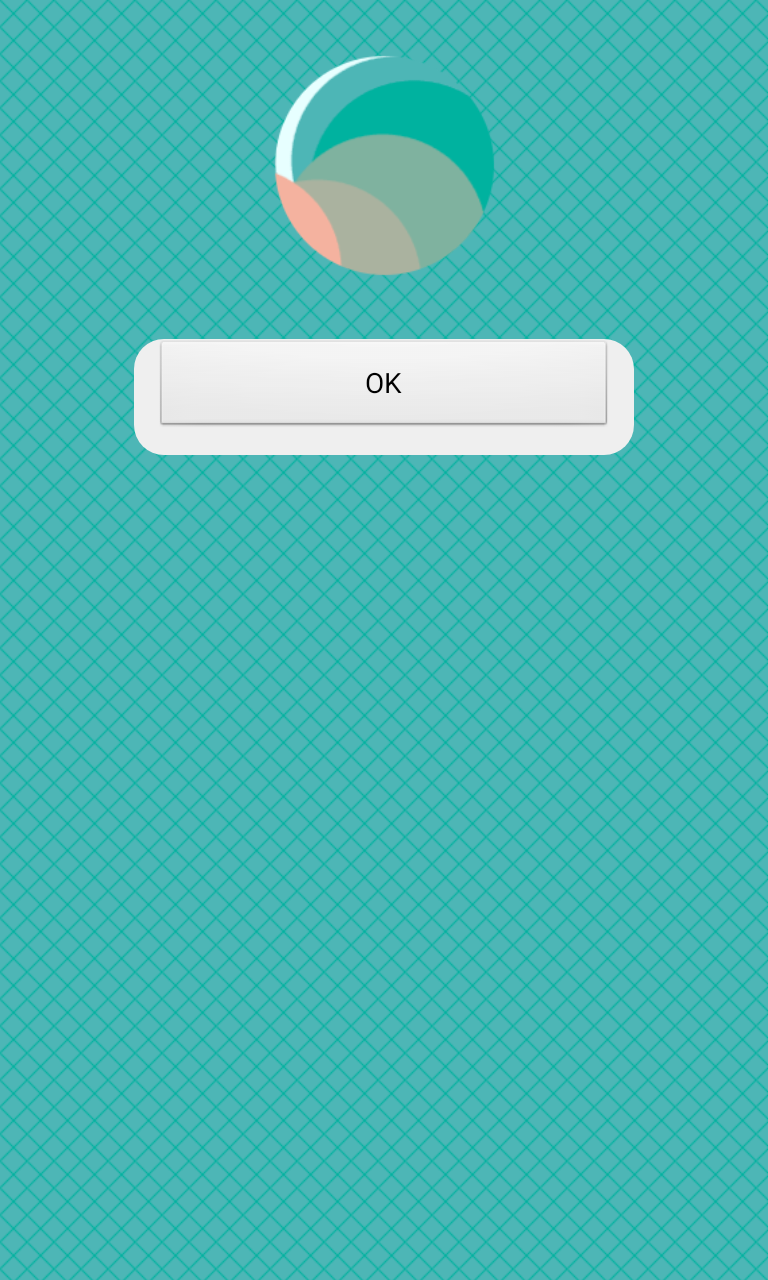
Repository: ppamorim/Coderock-X
Layout: workspace-Android/teste1/res/layout/activity_login.xml
The author's editor kept a copy of each file at every save. The layout is drawn from the files as they stood at one save, then again after the next save.
It is drawn on a 768 x 1280 px phone screen (xhdpi) without system bars, with theme android:Theme.NoTitleBar; the app's code is not run.

Above is the layout before, as saved 2014-01-05 19:56:48.

After the next save:
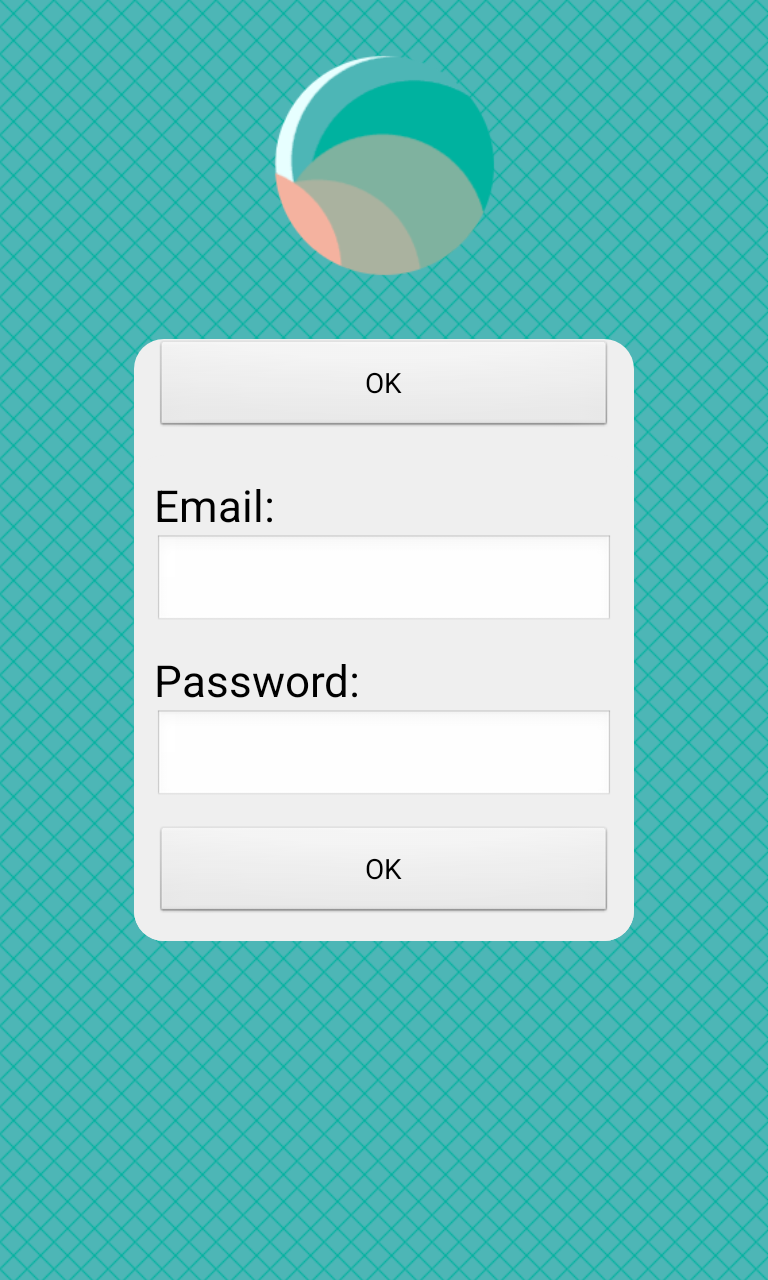
Saved 24 s later.
--- a/workspace-Android/teste1/res/layout/activity_login.xml
+++ b/workspace-Android/teste1/res/layout/activity_login.xml
@@ -38,12 +38,12 @@
             android:layout_width="match_parent"
             android:layout_height="match_parent"
             android:background="@layout/rounded"
-            android:orientation="horizontal" >
+            android:orientation="vertical" >
 
             <Button
             android:id="@+id/Entrar"
             android:layout_width="fill_parent"
-            android:layout_height="wrap_content"
+            android:layout_height="fill_parent"
             android:layout_marginBottom="10dp"
             android:layout_marginLeft="10dp"
             android:layout_marginRight="10dp"
